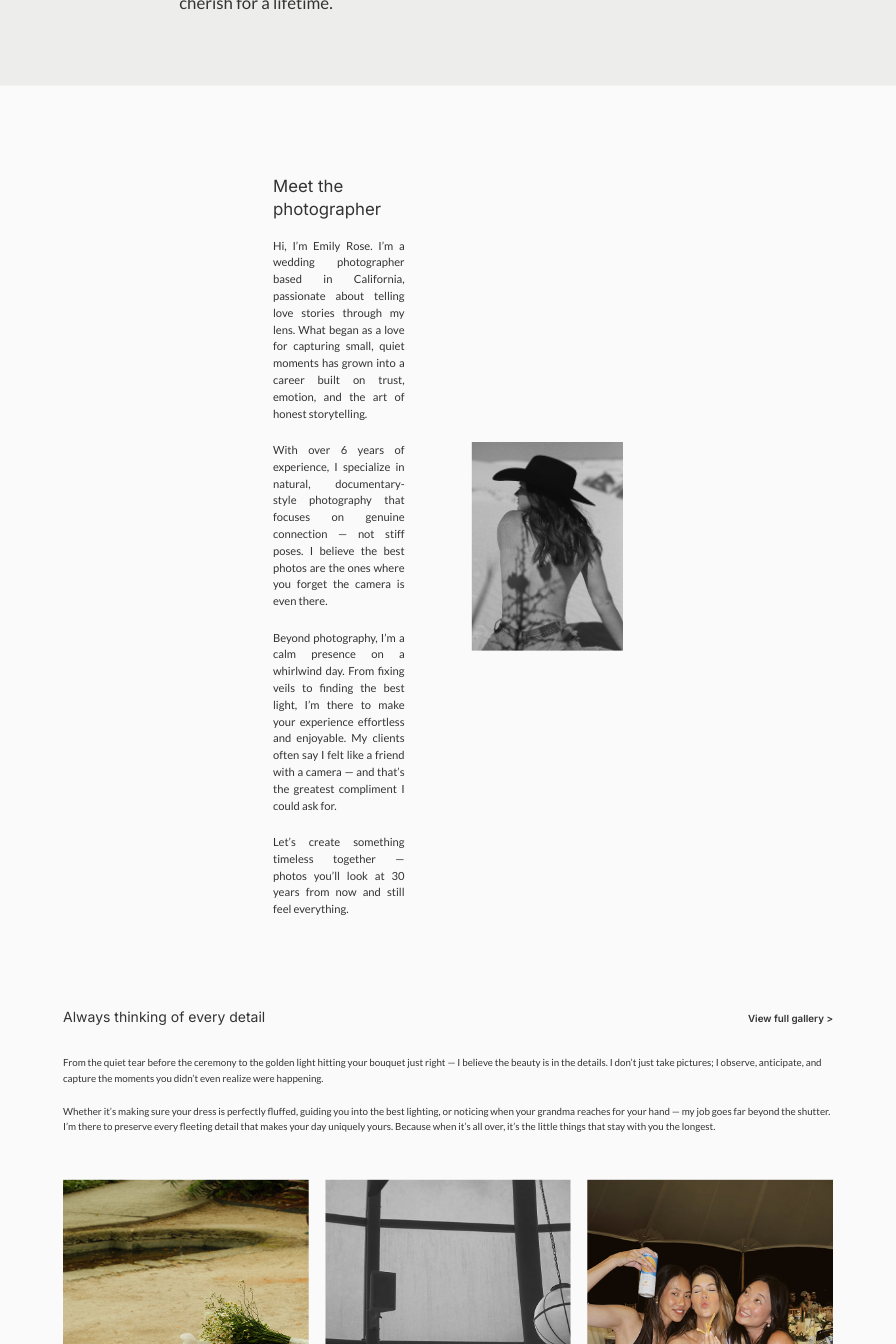
Repository: eduarda-magnago/wt-photography
Page: /
The author's editor kept a copy of each file at every save. The page is drawn from the files as they stood at one save, then again after the next save.
The browser window is 1280 px wide. The pictures show the part of the page from y = 949 to 2869 px (the page is 4198 px tall before and 3930 px after), at 70% of full size.
Some web fonts or font styles are not loaded; a fallback is used. The project was rebuilt for these pictures with package versions that can differ from the ones it lists, and the page was loaded fresh each time. The framework's server and built-in components were replaced by stand-ins that run in the browser. Also part of the build but not shown: next.config.ts.

Above is the page before, as saved 2026-10-14 12:51:40.

### app/layout.tsx
import type { Metadata } from "next";
import { Inter, Lato, Cormorant_SC } from "next/font/google";
import Header from "@/components/layout/header";
import Footer from "@/components/layout/footer";
import "./globals.css";

const inter = Inter({
  subsets: ["latin"],
  variable: "--font-inter",
});

const lato = Lato({
  subsets: ["latin"],
  weight: ["300", "400", "700"],
  variable: "--font-lato",
});

const cormorant = Cormorant_SC({
  subsets: ["latin"],
  weight: ["300", "400", "500"],
  variable: "--font-cormorant",
});

export const metadata: Metadata = {
  title: "WT Timeless Photography",
  description: "Timeless wedding photography",
};

export default function RootLayout({
  children,
}: {
  children: React.ReactNode;
}) {
  return (
    <html
      lang="en"
      className={`${inter.variable} ${lato.variable} ${cormorant.variable}`}
    >
      <body className="font-sans antialiased">
        <Header />
        <main>{children}</main>
        <Footer />
      </body>
    </html>
  );
}

### app/page.tsx
import Hero from "@/components/hero";
import Intro from "@/components/home/intro";
import About from "@/components/home/about";
import Details from "@/components/home/details";
import Testimonials from "@/components/home/testimonials";

export default function Home() {
  return (
    <>
      <Hero
        eyebrow="Timeless Wedding Photography"
        title="Capturing the essence of your treasured moments"
        image="/img/hero-bg.jpg"
      />
      <Intro />
      <About />
      <Details />
      <Testimonials />
    </>
  );
}

### components/layout/header.tsx
"use client";

import { useState } from "react";
import Image from "next/image";
import Link from "next/link";

const navLinks = [
  { label: "Home", href: "/" },
  { label: "About me", href: "/#about" },
  { label: "Gallery", href: "/#gallery" },
  { label: "Testimonials", href: "/#testimonials" },
  { label: "Contact Us", href: "/contact#contact-form" },
];

export default function Header() {
  const [open, setOpen] = useState(false);

  return (
    <header className="absolute inset-x-0 top-0 z-30">
      <div className="flex items-start justify-between px-6 py-8 md:px-14">
        <ul className="flex items-center gap-3">
          <li>
            <a
              href="#"
              aria-label="Instagram"
              className="relative block h-[19px] w-[18px] transition-opacity hover:opacity-70"
            >
              <Image
                src="/img/instagram.png"
                alt=""
                fill
                sizes="18px"
                className="object-contain"
              />
            </a>
          </li>
          <li>
            <a
              href="#"
              aria-label="Facebook"
              className="relative block h-[18px] w-[18px] transition-opacity hover:opacity-70"
            >
              <Image
                src="/img/facebook.png"
                alt=""
                fill
                sizes="18px"
                className="object-contain"
              />
            </a>
          </li>
          <li>
            <a
              href="#"
              aria-label="YouTube"
              className="relative block h-[18px] w-[18px] transition-opacity hover:opacity-70"
            >
              <Image
                src="/img/youtube.png"
                alt=""
                fill
                sizes="18px"
                className="object-contain"
              />
            </a>
          </li>
          <li>
            <a
              href="#"
              aria-label="LinkedIn"
              className="relative block h-[18px] w-[18px] transition-opacity hover:opacity-70"
            >
              <Image
                src="/img/linkedin.png"
                alt=""
                fill
                sizes="18px"
                className="object-contain"
              />
            </a>
          </li>
        </ul>

        <button
          type="button"
          onClick={() => setOpen(true)}
          aria-label="Open menu"
          className="relative block h-6 w-9 transition-opacity hover:opacity-70"
        >
          <Image
            src="/img/menu.png"
            alt=""
            fill
            sizes="36px"
            className="object-contain"
          />
        </button>
      </div>

      {open && (
        <div className="fixed inset-0 z-40 flex items-center justify-center bg-ink/95">
          <button
            type="button"
            onClick={() => setOpen(false)}
            aria-label="Close menu"
            className="absolute right-6 top-8 text-3xl text-white md:right-14"
          >
            ✕
          </button>
          <nav>
            <ul className="flex flex-col items-center gap-8">
              {navLinks.map((link) => (
                <li key={link.label}>
                  <Link
                    href={link.href}
                    onClick={() => setOpen(false)}
                    className="font-heading text-2xl text-white"
                  >
                    {link.label}
                  </Link>
                </li>
              ))}
            </ul>
          </nav>
        </div>
      )}
    </header>
  );
}

### components/layout/footer.tsx
import Image from "next/image";
import Link from "next/link";

const exploreLinks = [
  { label: "Home", href: "/" },
  { label: "About me", href: "/#about" },
  { label: "Gallery", href: "/#gallery" },
  { label: "Testimonials", href: "/#testimonials" },
  { label: "Contact Us", href: "/contact#contact-form" },
];

export default function Footer() {
  return (
    <footer>
      <div className="bg-ink px-6 py-16 text-sm text-white md:px-14">
        <div className="mx-auto max-w-5xl">
          <div className="border-t border-white/30 pt-12">
            <div className="grid gap-12 md:grid-cols-[1fr_auto_auto] md:gap-20">
              <div>
                <Image
                  src="/img/logo.png"
                  alt="WT Timeless Photography"
                  width={240}
                  height={110}
                />
                <p className="mt-6 max-w-xs">
                  With a natural and artistic approach, we create photographs
                  that reflect everything.
                </p>
                <ul className="mt-6 flex items-center gap-3">
                  <li>
                    <a href="#" aria-label="Instagram" className="transition-opacity hover:opacity-70">
                      <Image src="/img/instagram.png" alt="" width={18} height={18} />
                    </a>
                  </li>
                  <li>
                    <a href="#" aria-label="Facebook"
                      className="relative block h-[18px] w-[18px] transition-opacity hover:opacity-70"
                    >
                      <Image src="/img/facebook.png" alt="" fill sizes="18px" className="object-contain"/>
                    </a>
                  </li>
                  <li>
                    <a href="#" aria-label="YouTube" className="transition-opacity hover:opacity-70">
                      <Image src="/img/youtube.png" alt="" width={18} height={18} />
                    </a>
                  </li>
                  <li>
                    <a href="#" aria-label="LinkedIn" className="transition-opacity hover:opacity-70">
                      <Image src="/img/linkedin.png" alt="" width={18} height={18} />
                    </a>
                  </li>
                </ul>
              </div>

              <div>
                <h3 className="mb-6 text-xs uppercase tracking-widest">
                  Explore
                </h3>
                <ul className="space-y-2">
                  {exploreLinks.map((link) => (
                    <li key={link.label}>
                      <Link href={link.href}>{link.label}</Link>
                    </li>
                  ))}
                </ul>
              </div>

              <div>
                <h3 className="mb-6 text-xs uppercase tracking-widest">
                  Enquiries
                </h3>
                <address className="not-italic leading-relaxed">
                  641 Route de Gibannaz
                  <br />
                  Les Gets
                  <br />
                  74260
                </address>
                <div className="mt-6 flex flex-col gap-1 underline">
                  <a href="tel:+33685204809">+33 (0)6 85 20 48 09</a>
                  <a href="tel:+447967728009">+44 (0)7967 728009</a>
                </div>
                <a
                  href="mailto:info@weddingphoto.com"
                  className="mt-6 block underline"
                >
                  info@weddingphoto.com
                </a>
              </div>
            </div>

            <div className="mt-16 flex flex-col gap-4 border-t border-white/30 pt-6 text-xs md:flex-row md:justify-between">
              <p>
                Designed &amp; developed by{" "}
                <a href="https://www.instagram.com/webstudio.em" target="_blank" rel="noopener noreferrer" className="underline">
                  EM Studio
                </a>
              </p>
              <div className="flex gap-6 underline">
                <a href="#">Terms &amp; Conditions</a>
                <a href="#">Privacy Policy</a>
              </div>
            </div>
          </div>
        </div>
      </div>
      <p className="bg-neutral-200 px-6 py-5 text-center text-xs uppercase tracking-wide">
        © WT Timeless Photography 2026 - All the rights reserved.
      </p>
    </footer>
  );
}

### app/globals.css
@import "tailwindcss";

@theme inline {
  --font-sans: var(--font-lato);
  --font-heading: var(--font-inter);
  --font-hero: var(--font-cormorant);

  --color-ink: #333333;
  --color-sand: #ededeb;
  --color-paper: #fafafa;
  --color-blush: #f4e6dc;
}

html {
  scroll-behavior: smooth;
}

body {
  background: var(--color-paper);
  color: var(--color-ink);
}

### components/hero.tsx
import Image from "next/image";
import Link from "next/link";

type HeroProps = {
  eyebrow: string;
  title: string;
  image: string;
  ctaLabel?: string;
  ctaHref?: string;
};

export default function Hero({
  eyebrow,
  title,
  image,
  ctaLabel = "Explore our gallery",
  ctaHref = "/#gallery",
}: HeroProps) {
  return (
    <section className="relative flex h-[70vh] min-h-[715px] items-center justify-center overflow-hidden">
      <Image
        src="/img/hero.png"
        alt=""
        fill
        priority
        sizes="100vw"
        className="object-cover"
      />
      <div className="absolute inset-0 bg-black/20" />
      <div className="relative z-10 flex max-w-3xl flex-col items-center px-6 text-center text-white">
        <p className="mb-4 text-sm">{eyebrow}</p>
        <h1 className="font-hero text-5xl leading-[0.9] md:text-7xl">
          {title}
        </h1>
        <Link
          href={ctaHref}
          className="mt-8 border-b border-white pb-1 text-xs uppercase tracking-wider"
        >
          {ctaLabel}
        </Link>
      </div>
    </section>
  );
}

### components/home/intro.tsx
export default function Intro() {
  return (
    <section className="bg-sand px-6 py-22 md:py-25">
      <p className="mx-auto max-w-3xl text-justify text-xl leading-relaxed md:text-2xl">
        Your love story is one of a kind, filled with genuine emotions,
        meaningful details, and unforgettable moments. Our passion is to
        preserve those fleeting seconds and transform them into timeless images
        that you will cherish for a lifetime.
      </p>
    </section>
  );
}

### components/home/about.tsx
import Image from "next/image";

export default function About() {
  return (
    <section id="about" className="bg-paper px-6 py-24 md:px-14 md:py-32">
      <div className="mx-auto grid max-w-[500px] items-center gap-12 md:grid-cols-[435fr_500fr] md:gap-x-12 xl:gap-x-[96px]">
        <div>
          <h2 className="font-heading text-2xl">Meet the photographer</h2>

          <div className="mt-6 space-y-7 text-justify text-base leading-6">
            <p>
              Hi, I’m Emily Rose. I’m a wedding photographer based in
              California, passionate about telling love stories through my
              lens. What began as a love for capturing small, quiet moments has
              grown into a career built on trust, emotion, and the art of
              honest storytelling.
            </p>
            <p>
              With over 6 years of experience, I specialize in natural,
              documentary-style photography that focuses on genuine connection
              — not stiff poses. I believe the best photos are the ones where
              you forget the camera is even there.
            </p>
            <p>
              Beyond photography, I’m a calm presence on a whirlwind day. From
              fixing veils to finding the best light, I’m there to make your
              experience effortless and enjoyable. My clients often say I felt
              like a friend with a camera — and that’s the greatest compliment
              I could ask for.
            </p>
            <p>
              Let’s create something timeless together — photos you’ll look at
              30 years from now and still feel everything.
            </p>
          </div>
        </div>

        <div className="relative aspect-[619/855] w-full">
          <Image
            src="/img/about.png"
            alt="Wedding photographer picture"
            fill
            sizes="(min-width: 1280px) 500px, (min-width: 768px) 50vw, 100vw"
            className="object-cover"
          />
        </div>
      </div>
    </section>
  );
}

### components/home/details.tsx
import Image from "next/image";
import Link from "next/link";

const photos = [
  { src: "/img/detail1.png", alt: "Bouquet resting on a golden ornament" },
  { src: "/img/detail2.png", alt: "Couple dancing by a large window" },
  { src: "/img/detail3.png", alt: "Bridesmaids laughing together" },
];

export default function Details() {
  return (
    <section id="gallery" className="bg-paper px-6 pb-24 md:px-14 md:pb-32">
      <div className="mx-auto max-w-[1100px]">
        <div className="flex items-baseline justify-between">
          <h2 className="font-heading text-xl">
            Always thinking of every detail
          </h2>
          <Link href="/#gallery" className="font-heading text-sm font-semibold">
            View full gallery &gt;
          </Link>
        </div>

        <div className="mt-10 space-y-6 text-sm leading-relaxed">
          <p>
            From the quiet tear before the ceremony to the golden light hitting
            your bouquet just right — I believe the beauty is in the details. I
            don’t just take pictures; I observe, anticipate, and capture the
            moments you didn’t even realize were happening.
          </p>
          <p>
            Whether it’s making sure your dress is perfectly fluffed, guiding
            you into the best lighting, or noticing when your grandma reaches
            for your hand — my job goes far beyond the shutter. I’m there to
            preserve every fleeting detail that makes your day uniquely yours.
            Because when it’s all over, it’s the little things that stay with
            you the longest.
          </p>
        </div>

        <div className="mt-16 grid gap-6 md:grid-cols-3">
          {photos.map((photo) => (
            <div key={photo.src} className="relative aspect-[3/4]">
              <Image
                src={photo.src}
                alt={photo.alt}
                fill
                sizes="(min-width: 768px) 33vw, 100vw"
                className="object-cover"
              />
            </div>
          ))}
        </div>
      </div>
    </section>
  );
}

### components/home/testimonials.tsx
"use client";

import { useState } from "react";
import Image from "next/image";

const testimonials = [
  {
    name: "Anna C.",
    image: "/img/testimonial.png",
    quote:
      "I had a very amazing contracting WP for my wedding. They are super kind team and I always felt I could trust 100% in their work. When I received the pictures I was more surprised than I imagined, really good quality! No regrets.",
  },
];

export default function Testimonials() {
  const [index, setIndex] = useState(0);
  const current = testimonials[index];

  function next() {
    setIndex((prev) => (prev + 1) % testimonials.length);
  }

  return (
    <section id="testimonials" className="bg-sand px-6 py-20 md:px-14">
      <div className="mx-auto grid max-w-5xl items-center gap-10 md:grid-cols-[auto_1fr] md:gap-16">
        <div className="relative h-48 w-48 overflow-hidden rounded-full md:h-56 md:w-56">
          <Image
            src={current.image}
            alt={current.name}
            fill
            sizes="224px"
            className="object-cover"
          />
        </div>

        <div>
          <h3 className="font-heading text-xl">{current.name}</h3>
          <blockquote className="mt-4 text-justify text-lg leading-relaxed">
            “{current.quote}”
          </blockquote>
          <button
            type="button"
            onClick={next}
            className="font-heading mt-8 ml-auto block text-sm font-semibold"
          >
            {index + 1}/{testimonials.length} &gt;
          </button>
        </div>
      </div>
    </section>
  );
}

After the next save:
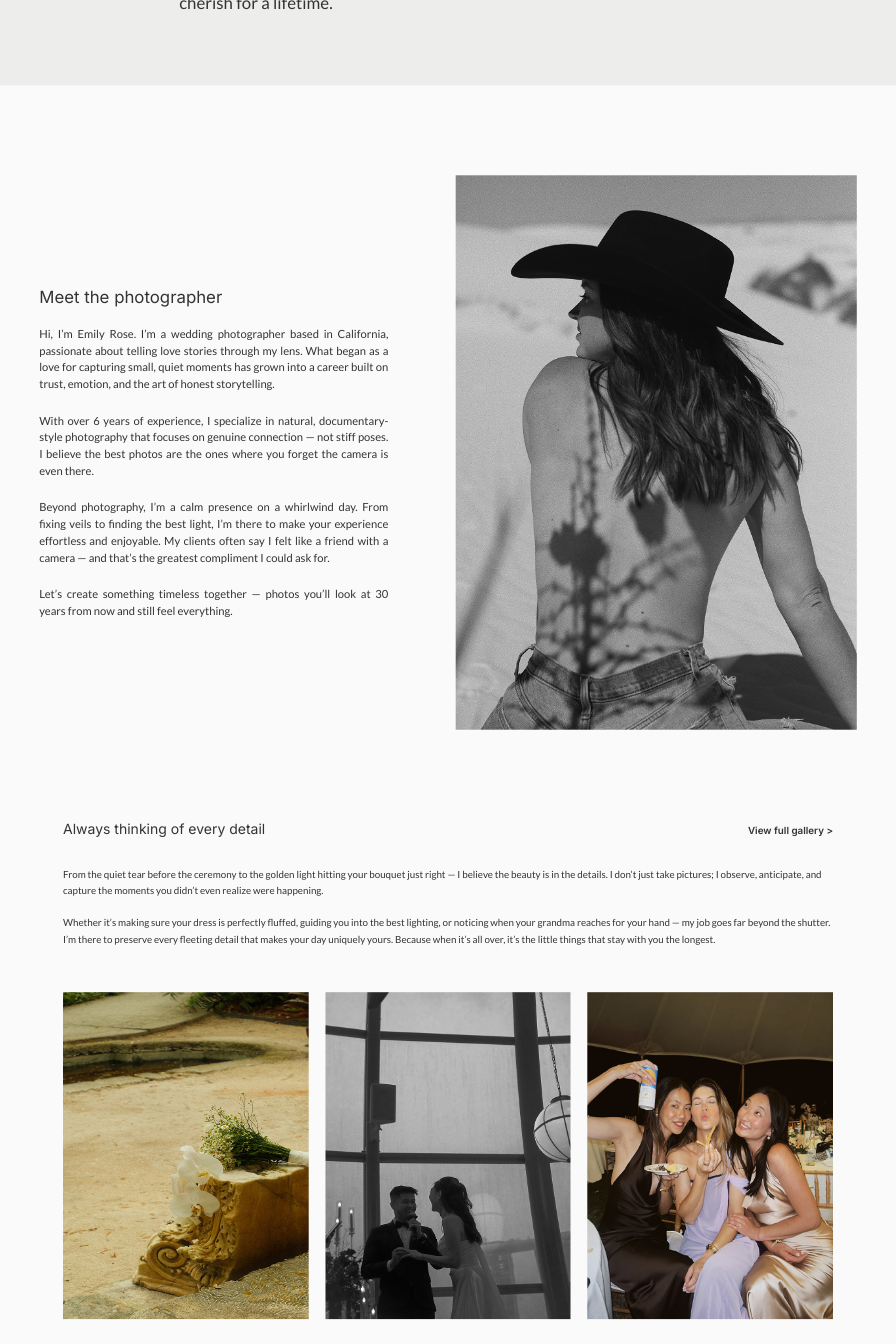
Saved 7 s later.
--- a/components/home/about.tsx
+++ b/components/home/about.tsx
@@ -3,7 +3,7 @@ import Image from "next/image";
 export default function About() {
   return (
     <section id="about" className="bg-paper px-6 py-24 md:px-14 md:py-32">
-      <div className="mx-auto grid max-w-[500px] items-center gap-12 md:grid-cols-[435fr_500fr] md:gap-x-12 xl:gap-x-[96px]">
+      <div className="mx-auto grid max-w-[3000px] items-center gap-12 md:grid-cols-[435fr_500fr] md:gap-x-12 xl:gap-x-[96px]">
         <div>
           <h2 className="font-heading text-2xl">Meet the photographer</h2>
 
